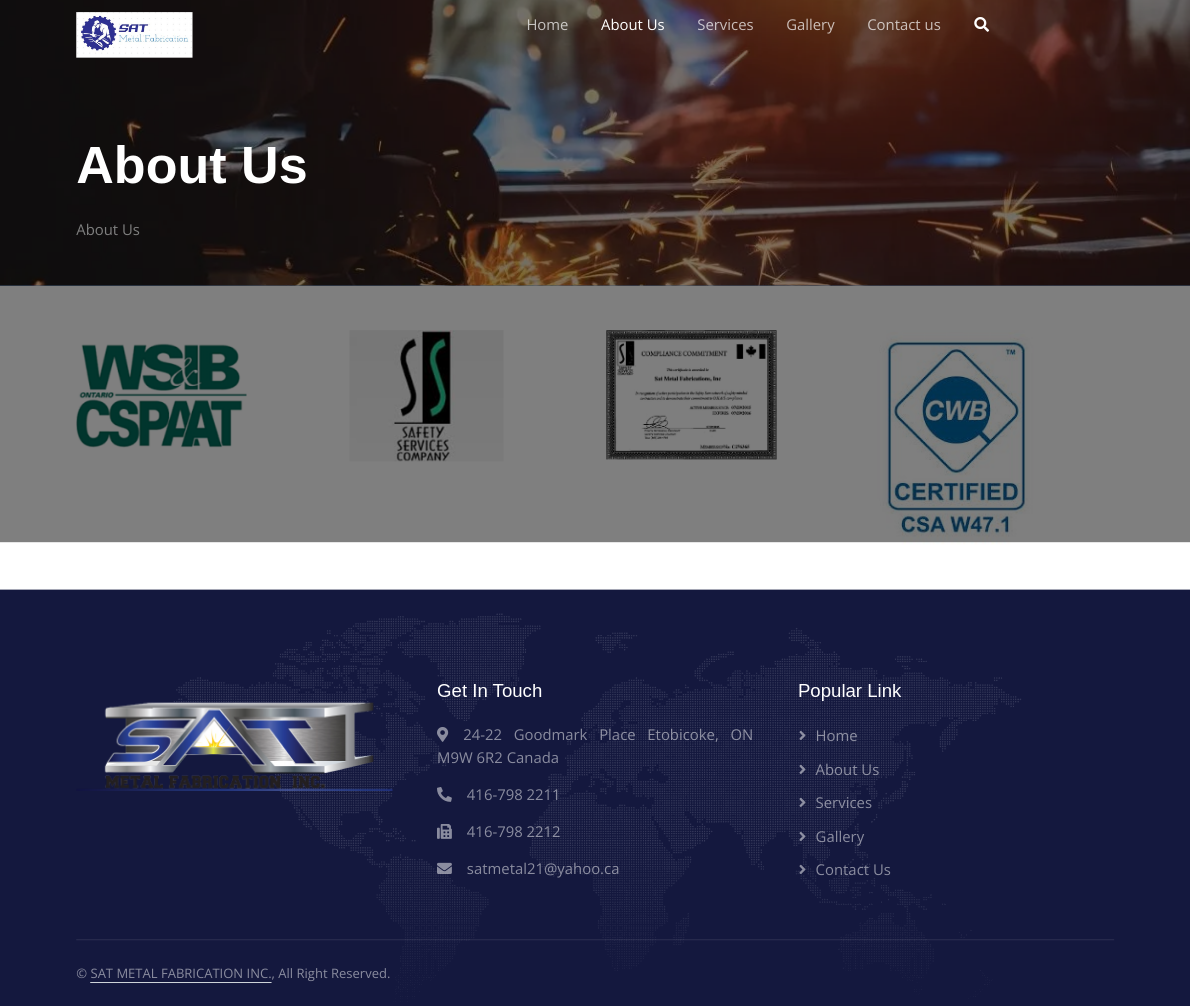
Repository: dzyte-services/satmetal
Page: http://localhost/about.php
These files come from the project's save history. The page is drawn as it stood at one moment and after the next save; the edit follows.
The browser window is 1280 px wide. The pictures show the whole page, at 93% of full size.
Some web fonts or font styles are not loaded; a fallback is used. Some web libraries are served in a nearby version. The page is run by PHP 8.4 with error messages shown; the project is at /var/www/html/.

Above is the page before, as saved 2023-11-07 17:29:44.

### about.php
<!DOCTYPE html>
<html lang="en">

<head>
    <meta charset="utf-8">
    <title>SAT - About</title>
    <meta content="width=device-width, initial-scale=1.0" name="viewport">
    <meta content="" name="keywords">
    <meta content="" name="description">

    <!-- Favicon -->
    <link href="img/favicon.ico" rel="icon">

    <!-- Google Web Fonts -->
    <link rel="preconnect" href="https://fonts.googleapis.com">
    <link rel="preconnect" href="https://fonts.gstatic.com" crossorigin>
    <link href="https://fonts.googleapis.com/css2?family=Open+Sans:wght@400;600&family=Ubuntu:wght@500;700&display=swap"
        rel="stylesheet">

    <!-- Icon Font Stylesheet -->
    <link href="https://cdnjs.cloudflare.com/ajax/libs/font-awesome/5.10.0/css/all.min.css" rel="stylesheet">
    <link href="https://cdn.jsdelivr.net/npm/bootstrap-icons@1.4.1/font/bootstrap-icons.css" rel="stylesheet">

    <!-- Libraries Stylesheet -->
    <link href="lib/animate/animate.min.css" rel="stylesheet">
    <link href="lib/owlcarousel/assets/owl.carousel.min.css" rel="stylesheet">

    <!-- Customized Bootstrap Stylesheet -->
    <link href="css/bootstrap.min.css" rel="stylesheet">

    <!-- Template Stylesheet -->
    <link href="css/style.css" rel="stylesheet">
</head>

<body>
    <!-- Spinner Start -->
    <!-- <div id="spinner"
        class="show bg-white position-fixed translate-middle w-100 vh-100 top-50 start-50 d-flex align-items-center justify-content-center">
        <div class="spinner-grow text-primary" style="width: 3rem; height: 3rem;" role="status">
            <span class="sr-only">Loading...</span>
        </div>
    </div> -->
    <!-- Spinner End -->


    <!-- Navbar Start -->
    <?php
        include "header.php";
    ?>
    <!-- Navbar End -->





    <!-- Full Screen Search Start -->
    <div class="modal fade" id="searchModal" tabindex="-1">
        <div class="modal-dialog modal-fullscreen">
            <div class="modal-content" style="background: rgba(20, 24, 62, 0.7);">
                <div class="modal-header border-0">
                    <button type="button" class="btn btn-square bg-white btn-close" data-bs-dismiss="modal"
                        aria-label="Close"></button>
                </div>
                <div class="modal-body d-flex align-items-center justify-content-center">
                    <div class="input-group" style="max-width: 600px;">
                        <input type="text" class="form-control bg-transparent border-light p-3"
                            placeholder="Type search keyword">
                        <button class="btn btn-light px-4"><i class="bi bi-search"></i></button>
                    </div>
                </div>
            </div>
        </div>
    </div>
    <!-- Full Screen Search End -->


    <!-- About Start -->
    <!-- Modal gallery -->
    <!-- Section: Images -->
    <div class="container-fluid py-5">
        <div class="container">
            <div class="row d-flex justify-content-center">
                <!-- Left Image -->
                <div class="col-lg-3 mb-4 mb-lg-0">
                    <div class="bg-image hover-overlay ripple shadow-1-strong rounded" data-ripple-color="light">
                        <img src="img/img2.png" class="" style='width:70%;' /> <!-- Adjust width to your needs -->
                        <a href="#!" data-mdb-toggle="modal" data-mdb-target="#exampleModal2">
                            <div class="mask" style="background-color: rgba(251, 251, 251, 0.2);"></div>
                        </a>
                    </div>
                </div>

                <!-- Right Image -->
                <div class="col-lg-3 mb-4 mb-lg-0">
                    <div class="bg-image hover-overlay ripple shadow-1-strong rounded" data-ripple-color="light">
                        <img src="img/img3.png" class="" style='width:70%;' /> <!-- Adjust width to your needs -->
                        <a href="#!" data-mdb-toggle="modal" data-mdb-target="#exampleModal2">
                            <div class="mask" style="background-color: rgba(251, 251, 251, 0.2);"></div>
                        </a>
                    </div>
                </div>

                <div class="col-lg-3 mb-4 mb-lg-0">
                    <div class="bg-image hover-overlay ripple shadow-1-strong rounded" data-ripple-color="light">
                        <img src="img/img1.png" class="" style='width:70%;' /> <!-- Adjust width to your needs -->
                        <a href="#!" data-mdb-toggle="modal" data-mdb-target="#exampleModal2">
                            <div class="mask" style="background-color: rgba(251, 251, 251, 0.2);"></div>
                        </a>
                    </div>
                </div>
                <div class="col-lg-3 mb-4 mb-lg-0">
                    <div class="bg-image hover-overlay ripple shadow-1-strong rounded" data-ripple-color="light">
                        <img src="img/img4.jpeg" class="" style='width:70%;' /> <!-- Adjust width to your needs -->
                        <a href="#!" data-mdb-toggle="modal" data-mdb-target="#exampleModal2">
                            <div class="mask" style="background-color: rgba(251, 251, 251, 0.2);"></div>
                        </a>
                    </div>
                </div>
            </div>

        </div>
    </div>


    <!-- Footer Start -->
    <?php
        include "footer.php";
    ?>
    <!-- Footer End -->


    <!-- Back to Top -->
    <a href="#" class="btn btn-lg btn-primary btn-lg-square back-to-top pt-2"><i class="bi bi-arrow-up"></i></a>


    <!-- JavaScript Libraries -->
    <script src="https://ajax.googleapis.com/ajax/libs/jquery/3.6.1/jquery.min.js"></script>
    <script src="https://cdn.jsdelivr.net/npm/bootstrap@5.0.0/dist/js/bootstrap.bundle.min.js"></script>
    <script src="lib/wow/wow.min.js"></script>
    <script src="lib/easing/easing.min.js"></script>
    <script src="lib/waypoints/waypoints.min.js"></script>
    <script src="lib/counterup/counterup.min.js"></script>
    <script src="lib/owlcarousel/owl.carousel.min.js"></script>

    <!-- Template Javascript -->
    <script src="js/main.js"></script>
</body>

</html>

### header.php
    <?php
        $currentPage1 = basename($_SERVER['PHP_SELF']);
    ?>
    <!-- Spinner Start -->
    <div id="spinner"
        class="show bg-white position-fixed translate-middle w-100 vh-100 top-50 start-50 d-flex align-items-center justify-content-center">
        <div class="spinner-grow text-primary" style="width: 3rem; height: 3rem;" role="status">
            <span class="sr-only">Loading...</span>
        </div>
    </div>
    <!-- Spinner End -->


    <!-- Navbar Start -->
    <div class="container-fluid sticky-top">
        <div class="container">
            <nav class="navbar navbar-expand-lg navbar-dark p-0">
                <div class="row">
                    <div class="col-lg-4">
                        <a href="index.php" class="navbar-brand">
                            <img class="img-fluid" width="40%" height="40%" src="img/logo1.jpeg" alt="">
                        </a>
                        <button type="button" class="navbar-toggler ms-auto me-0" data-bs-toggle="collapse"
                            data-bs-target="#navbarCollapse">
                            <span class="navbar-toggler-icon"></span>
                        </button>
                    </div>
                    <div class="col-lg-8 ">
                    <div class="collapse navbar-collapse" id="navbarCollapse">
                    <div class="navbar-nav ms-auto">
                        <a href="index.php" class="nav-item nav-link  <?php echo ($currentPage1 === 'index.php') ? 'active' : ''; ?>">Home</a>
                        <a href="about.php" class="nav-item nav-link <?php echo ($currentPage1 === 'about.php') ? 'active' : ''; ?>">About Us</a>
                        <a href="service.php" class="nav-item nav-link <?php echo ($currentPage1 === 'service.php') ? 'active' : ''; ?>">Services</a>
                        <a href="project.php" class="nav-item nav-link <?php echo ($currentPage1 === 'project.php') ? 'active' : ''; ?>">Gallery</a>

                        <a href="contact.php" class="nav-item nav-link <?php echo ($currentPage1 === 'contact.php') ? 'active' : ''; ?>">Contact us</a>
                    </div>
                    <butaton type="button" class="btn text-white p-0 d-none d-lg-block" data-bs-toggle="modal"
                        data-bs-target="#searchModal"><i class="fa fa-search"></i></butaton>
                </div>
                    </div>
                </div>


            </nav>
        </div>
    </div>
    <!-- Navbar End -->

    <div>
          <?php
                $currentPage = $_SERVER['SCRIPT_NAME'];
                $current_page = basename($currentPage);

                if ($current_page === "index.php") {
                    include("header/home.php");
                } elseif ($current_page === "about.php") {
                    include("header/about.php");
                } elseif ($current_page === "service.php") {
                    include("header/service.php");
                } elseif ($current_page === "project.php") {
                    include("header/gallery.php");
                } elseif ($current_page === "contact.php") {
                    include("header/contact.php");
                }



            ?>
    </div>

### header/about.php
<!-- Hero Start -->
<div class="container-fluid pt-5 bg-primary hero-header">
        <div class="container pt-5">
            <div class="row g-5 pt-5">
                <div class="col-lg-6 align-self-center text-center text-lg-start mb-lg-5">
                    <h1 class="display-4 text-white mb-4 animated slideInRight">About Us</h1>
                    <nav aria-label="breadcrumb">
                        <ol class="breadcrumb justify-content-center justify-content-lg-start mb-0">
                            <!-- <li class="breadcrumb-item"><a class="text-white" href="#">Home</a></li> -->
                            <!-- <li class="breadcrumb-item"><a class="text-white" href="#">Pages</a></li> -->
                            <li class="breadcrumb-item text-white active" aria-current="page">About Us</li>
                        </ol>
                    </nav>
                </div>
            </div>
        </div>
    </div>
    <!-- Hero End -->

### css/style.css
/********** Template CSS **********/
:root {
    --primary: #1363C6;
    --secondary: #15ACE1;
    --light: #F4F7FE;
    --dark: #14183E;
}


/*** Spinner ***/
#spinner {
    opacity: 0;
    visibility: hidden;
    transition: opacity .5s ease-out, visibility 0s linear .5s;
    z-index: 99999;
}

#spinner.show {
    transition: opacity .5s ease-out, visibility 0s linear 0s;
    visibility: visible;
    opacity: 1;
}

.back-to-top {
    position: fixed;
    display: none;
    right: 45px;
    bottom: 45px;
    z-index: 99;
}


/*** Heading ***/
h1,
h2,
h3,
.fw-bold {
    font-weight: 700 !important;
}

h4,
h5,
h6,
.fw-medium {
    font-weight: 500 !important;
}


/*** Button ***/
.btn {
    font-weight: 500;
    transition: .5s;
}

.btn-square {
    width: 38px;
    height: 38px;
}

.btn-sm-square {
    width: 32px;
    height: 32px;
}

.btn-lg-square {
    width: 48px;
    height: 48px;
}

.btn-square,
.btn-sm-square,
.btn-lg-square {
    padding: 0;
    display: flex;
    align-items: center;
    justify-content: center;
    font-weight: normal;
    border-radius: 50px;
}


/*** Navbar ***/
.sticky-top {
    top: -150px;
    transition: .5s;
}

.navbar {
    padding: 11px 0 !important;
    height: 75px;
}

.navbar .navbar-nav .nav-link {
    margin-right: 35px;
    padding: 0;
    color: rgba(255, 255, 255, .7);
    outline: none;
}

.navbar .navbar-nav .nav-link:hover,
.navbar .navbar-nav .nav-link.active {
    color: rgba(255, 255, 255, 1);
}

.navbar .dropdown-toggle::after {
    border: none;
    content: "\f107";
    font-family: "Font Awesome 5 Free";
    font-weight: 900;
    vertical-align: middle;
    margin-left: 8px;
}

@media (max-width: 991.98px) {
    .navbar .navbar-nav {
        padding: 0 15px;
        background: var(--primary);
    }

    .navbar .navbar-nav .nav-link  {
        margin-right: 0;
        padding: 10px 0;
    }
}

@media (min-width: 992px) {
    .navbar .nav-item .dropdown-menu {
        display: block;
        border: none;
        margin-top: 0;
        top: 150%;
        opacity: 0;
        visibility: hidden;
        transition: .5s;
    }

    .navbar .nav-item:hover .dropdown-menu {
        top: 100%;
        visibility: visible;
        transition: .5s;
        opacity: 1;
    }
}


/*** Hero Header ***/
.hero-header {
    margin-top: -75px;
    background: url(../img/background2.webp) center center no-repeat ;
    background-size: cover;

}
.hero-header::before {
    content: "";
    position: absolute;
    top: 0;
    left: 0;
    width: 100%;
    height: 81%;
    background: rgba(0, 0, 0, 0.5); /* Adjust the opacity as needed (0.5 for 50% opacity) */
}

.hero-header .breadcrumb-item+.breadcrumb-item::before {
    color: var(--light);
}


/*** Section Title ***/
.section-title::before {
    position: absolute;
    content: "";
    width: 45px;
    height: 4px;
    bottom: 0;
    left: 0;
    background: var(--dark);
}

.section-title::after {
    position: absolute;
    content: "";
    width: 4px;
    height: 4px;
    bottom: 0;
    left: 50px;
    background: var(--dark);
}

.section-title.text-center::before {
    left: 50%;
    margin-left: -25px;
}

.section-title.text-center::after {
    left: 50%;
    margin-left: 25px;
}

.section-title h6::before,
.section-title h6::after {
    position: absolute;
    content: "";
    width: 10px;
    height: 10px;
    top: 2px;
    left: 0;
    background: rgba(33, 66, 177, .5);
}

.section-title h6::after {
    top: 5px;
    left: 3px;
}


/*** About ***/
.about-img {
    position: relative;
    overflow: hidden;
}

.about-img::after {
    position: absolute;
    content: "";
    width: 100%;
    height: 100%;
    top: 0;
    left: 0;
    background: url(../img/bg-about-img.png) top left no-repeat;
    background-size: contain;
}


/*** Service ***/
.service-item {
    position: relative;
    padding: 45px 30px;
    background: #FFFFFF;
    transition: .5s;
}

.service-item:hover {
    background: var(--primary);
}

.service-item .service-icon {
    margin: 0 auto 20px auto;
    width: 90px;
    height: 90px;
    color: var(--primary);
    background: var(--light);
    transition: .5s;
}

.service-item:hover .service-icon {
    background: #FFFFFF;
}

.service-item h5,
.service-item p {
    transition: .5s;
}

.service-item:hover h5,
.service-item:hover p {
    color: #FFFFFF;
}

.service-item a.btn {
    position: relative;
    display: flex;
    color: var(--primary);
    transition: .5s;
    z-index: 1;
}

.service-item:hover a.btn {
    color: var(--primary);
}

.service-item a.btn::before {
    position: absolute;
    content: "";
    width: 35px;
    height: 35px;
    top: 0;
    left: 0;
    border-radius: 35px;
    background: var(--light);
    transition: .5s;
    z-index: -1;
}

.service-item:hover a.btn::before {
    width: 100%;
    background: var(--light);
}


/*** Feature ***/
.feature {
    background: url(../img/bg-hero.png) center center no-repeat;
    background-size: cover;
}


/*** Newsletter ***/
.newsletter {
    background: url(../img/bg-hero.png) center center no-repeat;
    background-size: cover;
}

@media (min-width: 992px) {
    .newsletter .container {
        max-width: 100% !important;
    }

    .newsletter .newsletter-text  {
        padding-right: calc(((100% - 960px) / 2) + .75rem);
    }
}

@media (min-width: 1200px) {
    .newsletter .newsletter-text  {
        padding-right: calc(((100% - 1140px) / 2) + .75rem);
    }
}

@media (min-width: 1400px) {
    .newsletter .newsletter-text  {
        padding-right: calc(((100% - 1320px) / 2) + .75rem);
    }
}


/*** Case Study ***/
.case-item img {
    transition: .5s;
}

.case-item:hover img {
    transform: scale(1.2);
}

.case-overlay {
    position: absolute;
    padding: 30px;
    width: 100%;
    height: 100%;
    top: 0;
    left: 0;
    display: flex;
    flex-direction: column;
    align-items: flex-start;
    justify-content: flex-end;
    background: linear-gradient(rgba(20, 24, 62, 0), var(--dark));
    z-index: 1;
}

.case-overlay small {
    display: inline-block;
    padding: 3px 15px;
    color: #FFFFFF;
    background: rgba(20, 24, 62, .7);
    border-radius: 25px;
    margin-bottom: 15px;
}

.case-overlay span.btn:hover {
    color: var(--primary);
    background: #FFFFFF;
    border-color: #FFFFFF;
}


/*** FAQs ***/
.accordion .accordion-item {
    border: none;
    margin-bottom: 15px;
}

.accordion .accordion-button {
    background: var(--light);
    border-radius: 2px;
}

.accordion .accordion-button:not(.collapsed) {
    color: #FFFFFF;
    background: var(--primary);
    box-shadow: none;
}

.accordion .accordion-button:not(.collapsed)::after {
    background-image: url("data:[embedded picture, 261 characters]");
}

.accordion .accordion-body {
    padding: 15px 0 0 0;
}


/*** Testimonial ***/
.testimonial-carousel {
    position: relative;
}

.testimonial-carousel .owl-nav {
    position: absolute;
    width: 40px;
    height: 100%;
    top: calc(50% - 50px);
    left: -21px;
    display: flex;
    flex-direction: column;
    align-items: center;
}

.testimonial-carousel .owl-nav .owl-prev,
.testimonial-carousel .owl-nav .owl-next {
    margin: 5px 0;
    width: 40px;
    height: 40px;
    display: flex;
    align-items: center;
    justify-content: center;
    color: var(--primary);
    background: #FFFFFF;
    border: 1px solid var(--primary);
    border-radius: 40px;
    font-size: 18px;
    transition: .5s;
}

.testimonial-carousel .owl-nav .owl-prev:hover,
.testimonial-carousel .owl-nav .owl-next:hover {
    background: var(--primary);
    color: #FFFFFF;
}

.testimonial-carousel .owl-dots {
    margin-top: 35px;
    margin-left: 3rem;
}

.testimonial-carousel .owl-dot {
    position: relative;
    display: inline-block;
    margin-right: 10px;
    width: 15px;
    height: 15px;
    background: #FFFFFF;
    border: 1px solid var(--primary);
    border-radius: 15px;
    transition: .5s;
}

.testimonial-carousel .owl-dot.active {
    width: 30px;
    background: var(--primary);
}


/*** Team ***/
.team-item {
    transition: .5s;
    border: 1px solid transparent;
    transition: .5s;
}

.team-item:hover {

    border-color: var(--primary);
}


/*** Footer ***/
.footer {
    background: url(../img/footer.png) center center no-repeat;
    background-size: contain;
}

.footer .btn.btn-social {
    margin-right: 5px;
    width: 40px;
    height: 40px;
    display: flex;
    align-items: center;
    justify-content: center;
    color: rgba(255,255,255,.5);
    border: 1px solid rgba(256, 256, 256, .1);
    border-radius: 40px;
    transition: .3s;
}

.footer .btn.btn-social:hover {
    color: var(--primary);
}

.footer .btn.btn-link {
    display: block;
    margin-bottom: 10px;
    padding: 0;
    text-align: left;
    color: rgba(255,255,255,.5);
    font-weight: normal;
    transition: .3s;
}

.footer .btn.btn-link:hover {
    color: #FFFFFF;
}

.footer .btn.btn-link::before {
    position: relative;
    content: "\f105";
    font-family: "Font Awesome 5 Free";
    font-weight: 900;
    margin-right: 10px;
}

.footer .btn.btn-link:hover {
    letter-spacing: 1px;
    box-shadow: none;
}

.footer .copyright {
    padding: 25px 0;
    font-size: 14px;
    border-top: 1px solid rgba(256, 256, 256, .1);
}

.footer .copyright a {
    color: rgba(255,255,255,.5);
}

.footer .copyright a:hover {
    color: #FFFFFF;
}

.footer .footer-menu a {
    margin-right: 15px;
    padding-right: 15px;
    border-right: 1px solid rgba(255, 255, 255, .1);
}

.footer .footer-menu a:last-child {
    margin-right: 0;
    padding-right: 0;
    border-right: none;
}

Loaded but not shown: lib/animate/animate.min.css (library); lib/owlcarousel/assets/owl.carousel.min.css (common file); css/bootstrap.min.css (library); lib/wow/wow.min.js (library); lib/easing/easing.min.js (common file); lib/waypoints/waypoints.min.js (library); lib/counterup/counterup.min.js (common file); lib/owlcarousel/owl.carousel.min.js (library); js/main.js (64 lines, source omitted); footer.php (70 lines, source omitted)

After the next save:
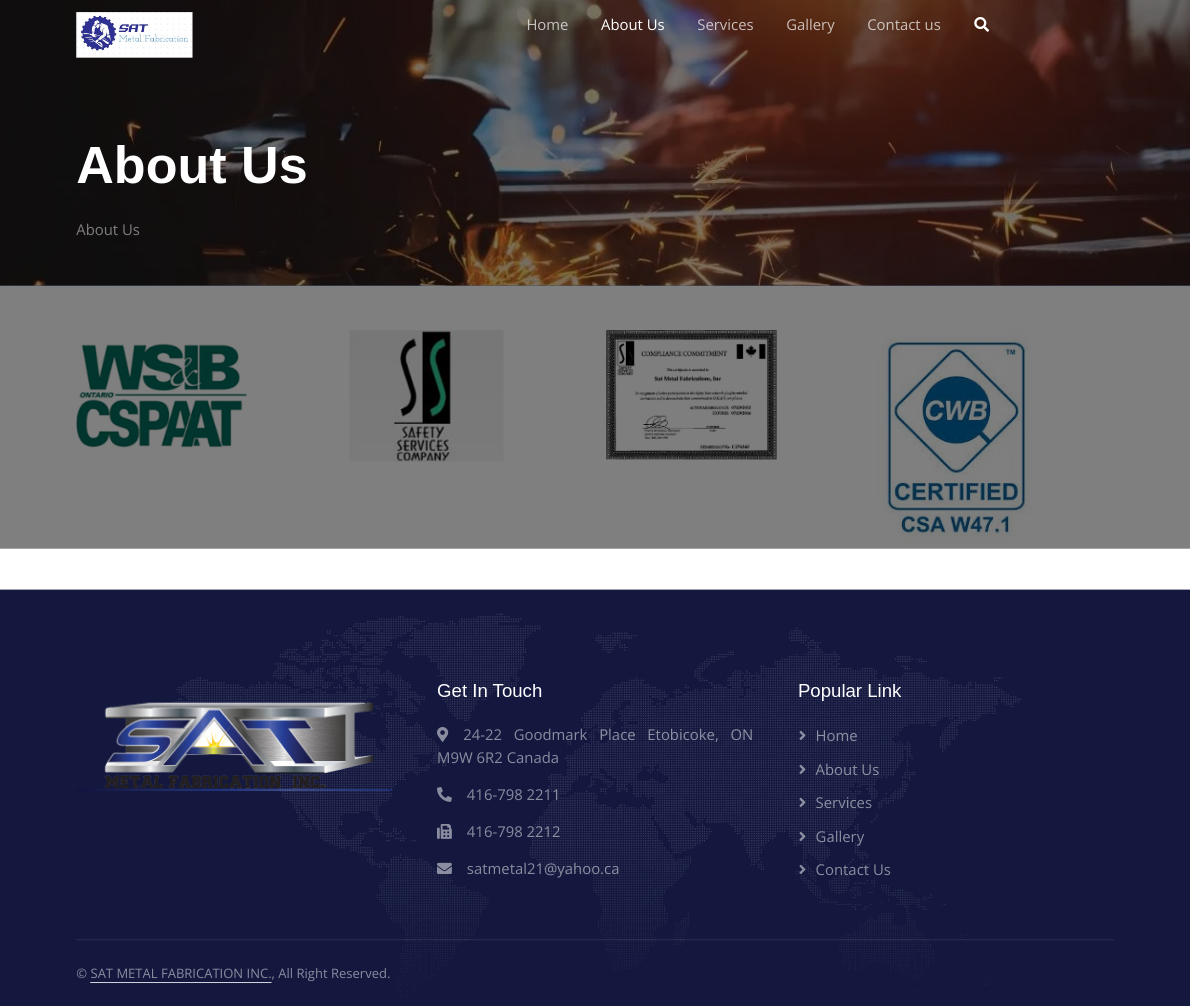
Saved 4 s later.
--- a/css/style.css
+++ b/css/style.css
@@ -156,7 +156,7 @@
     top: 0;
     left: 0;
     width: 100%;
-    height: 81%;
+    height: 82%;
     background: rgba(0, 0, 0, 0.5); /* Adjust the opacity as needed (0.5 for 50% opacity) */
 }
 
